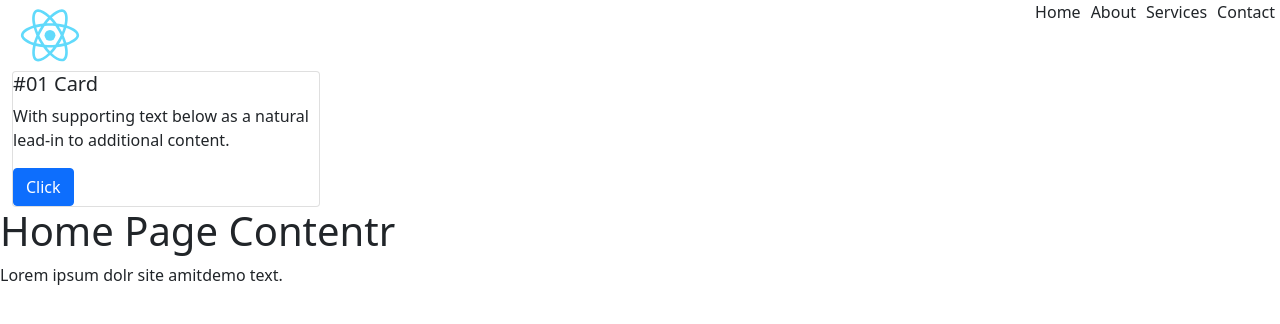
Repository: rudra319/react
Page: /
These files come from the project's save history. The page is drawn as it stood at one moment and after the next save; the edit follows.
The browser window is 1280 px wide. The pictures show the whole page.
The project was rebuilt for these pictures with package versions that can differ from the ones it lists, and the page was loaded fresh each time. Also part of the build but not shown: src/App.css, src/pages/dashboard/Dashboard.css, src/pages/dashboard/Dashboard.jsx, src/pages/dashboard/Chinmayee.css.

Above is the page before, as saved 2022-05-17 17:28:32.

### src/App.js
import logo from './logo.svg';
import './App.css';
import Header from './Header';
import { useState } from 'react';
import 'bootstrap/dist/css/bootstrap.min.css';
import Dashboard from './pages/dashboard/Dashboard';
import Chinmayee from './pages/dashboard/Chinmayee';
function App1() {
  const [cPage, setCPage] = useState("home")
  //console.log(cPage)
  return (
    <>
      <div>
        <Header setCPage={setCPage} />
      </div>
      <Chinmayee/>
      {/* <Dashboard /> */}
      {cPage !== "" && (cPage === 'home' || cPage === "Home") && (
        <>
          <h1>Home Page Contentr</h1>
          <p>Lorem ipsum dolr site amitdemo text.</p>
        </>
      )}
      {cPage === 'about' && (
        <>
          <h1>About Page Contentr</h1>
          <p>Lorem ipsum dolr site amitdemo text.</p>
        </>
      )}
      {cPage === 'products' && (
        <>
          <h1>Products Page Contentr</h1>
          <p>Lorem ipsum dolr site amitdemo text.</p>
        </>
      )}
      {cPage === 'services' && (
        <>
          <h1>Services Page Contentr</h1>
          <p>Lorem ipsum dolr site amitdemo text.</p>
        </>
      )}
      {cPage === 'contact' && (
        <>
          <h1>Contact Page Contentr</h1>
          <p>Lorem ipsum dolr site amitdemo text.</p>
        </>
      )}
    </>
  );
}

export default App1;

### src/Header.js
import React, {useState, useEffect} from 'react';
import logo from './logo.svg';
import Menu from './Menu';

function Header({setCPage = () => {}}) {

  // const [name, setName] = useState("");
  // let nameVar = "CSM Admin nameVar";
  // useEffect(() => {
  //   setName("CSM Admin name")
  //   nameVar = "Test"
  // },[]);


  return (
    <div>
      <a><img style={{width:'100px'}} src={logo} /></a>
      <Menu setCPage={setCPage} />
    </div>
  );
}

export default Header;

### src/pages/dashboard/Chinmayee.jsx
import React, { useState } from 'react';
import {Button, Container, Row, Col, Card, CardGroup} from 'react-bootstrap';
import Button1 from 'react-bootstrap/Button';
import CardHeader from 'react-bootstrap/esm/CardHeader';
import './Chinmayee.css'

export default function Chinmayee (){

const [flag, setFlag] = useState(false);
    return(
        <Container fluid>
            {/* <h1 className={flag ? "heading":'heading1'}>Chinmayee</h1>
            <Button variant="danger" onClick={()=>setFlag(!flag)}>Click</Button>
            <Button1 variant="danger" onClick={()=>setFlag(!flag)}>Click</Button1>
     */}
            <Row>
                <Col>
                    <Card className='w-50' style={{width: "18rem"}}  >
                        <CardGroup>
                        <h5 className="card-title">#01 Card</h5>
                            <p className="card-text">With supporting text below as a natural lead-in to additional content.</p>
                            <Button variant="primary" onClick={()=>setFlag(!flag)}>Click</Button>
                        </CardGroup>

                    </Card>



                </Col>

                <Col>
                {/* <div class="card" style="width: 18rem;">
<div class="card-body">
<h5 class="card-title">Special title treatment</h5>
<p class="card-text">With supporting text below as a natural lead-in to additional content.</p>
<a href="#" class="btn btn-primary">Go somewhere</a>
</div>
</div>
                 */}
                </Col>
            </Row>
</Container>
    )

};

### src/Menu.js
import MenuItem from './MenuItem';

function Menu({setCPage = () => {}}) {
  const menuData = [
    { label:"Home", link:"home"},
    { label:"About", link:"about"},
    { label:"Products"},
    { label:"Services", link:"services"},
    { label:"Contact", link:"contact"}
  ];

  return (
      <ul style={{float:'right', listStyle:'none'}}>
        {
          menuData && menuData !== [] && menuData.length > 0 && menuData.map((menuItem)=>{
            if(menuItem.link){
              return(<MenuItem menuItem={menuItem} setCPage={setCPage} />)
            }
          })
        }
      </ul>
  );
}

export default Menu;

### src/MenuItem.js
import logo from './logo.svg';
import { useEffect } from 'react';

function MenuItem({menuItem = {}, setCPage = () => {}}) {
  const {label, link} = menuItem;

  const handleSetCPage = (e) => {
    if(e.target){
        setCPage(e.target.name);
    }
  }
  return (
    <>
      <li style={{display:'inline-block', margin: '0 5px'}}>
        <a onClick={(e)=>handleSetCPage(e)} name={link}>{label}</a>
      </li>
    </>
  );
}

export default MenuItem;

Loaded but not shown: public/index.html (common file); src/index.js (common file); src/index.css (common file); src/reportWebVitals.js (common file)

After the next save:
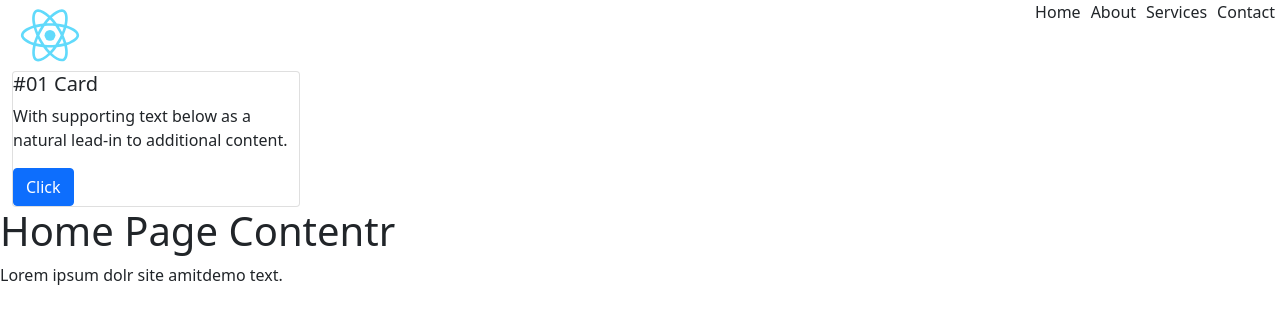
Saved 37 s later.
--- a/src/pages/dashboard/Chinmayee.jsx
+++ b/src/pages/dashboard/Chinmayee.jsx
@@ -15,7 +15,7 @@
      */}
             <Row>
                 <Col>
-                    <Card className='w-50' style={{width: "18rem"}}  >
+                    <Card  style={{width: "18rem"}}  >
                         <CardGroup>
                         <h5 className="card-title">#01 Card</h5>
                             <p className="card-text">With supporting text below as a natural lead-in to additional content.</p>
